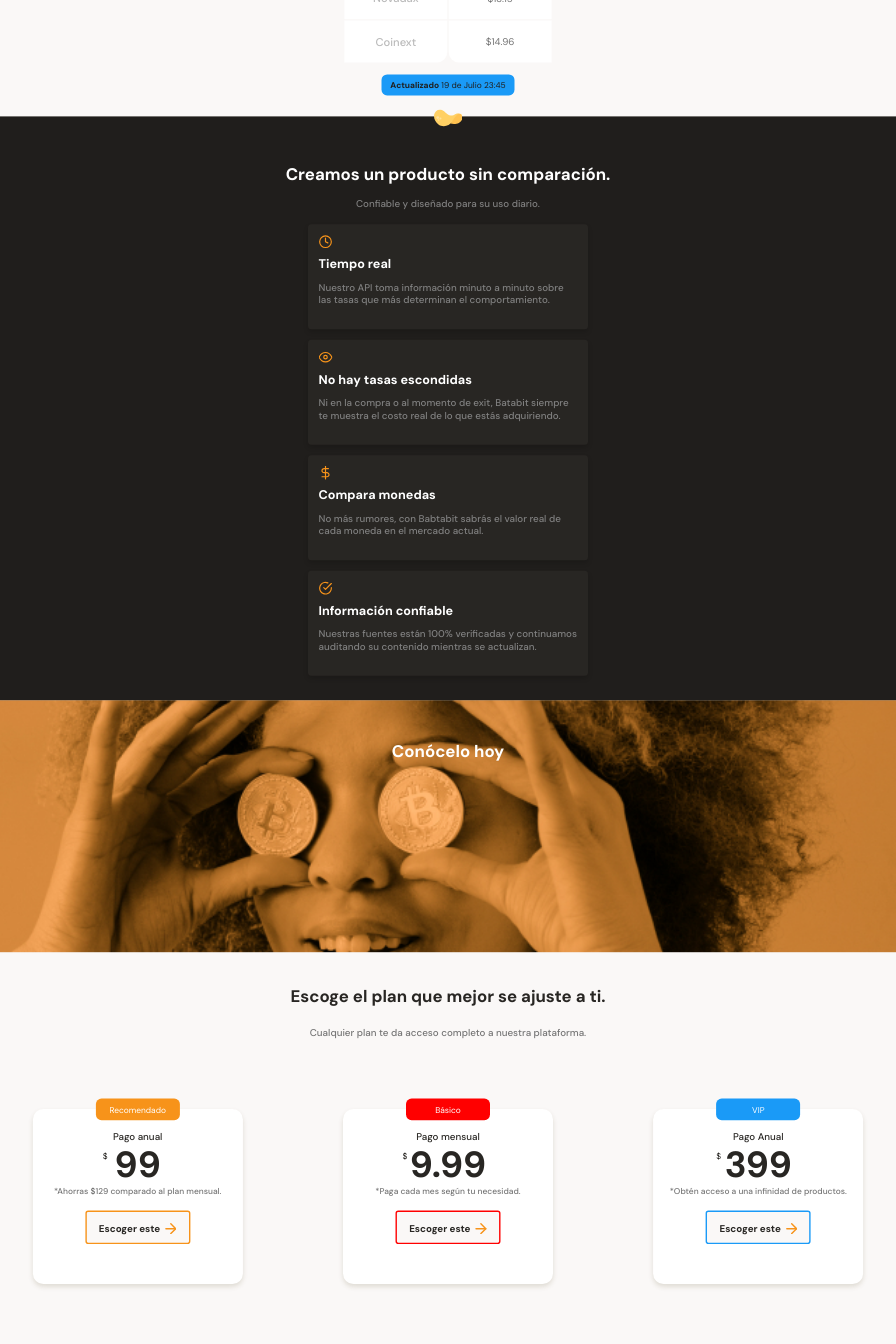
Repository: ChristianGecchelin/spa-full-css-html
Page: index.html
An editor plug-in stored every save of this project. The page is shown before and after the next save, followed by the edit.
The browser window is 1280 px wide. The pictures show the part of the page from y = 1326 to 3246 px (the page is 3246 px tall), at 70% of full size.

Above is the page before, as saved 2021-11-29 23:14:29.

### index.html
<!DOCTYPE html>
<html lang="en">
  <head>
    <meta charset="UTF-8" />
    <meta http-equiv="X-UA-Compatible" content="IE=edge" />
    <meta name="viewport" content="width=device-width, initial-scale=1.0" />
    <title></title>
    <link rel="preconnect" href="https://fonts.googleapis.com" />
    <link rel="preconnect" href="https://fonts.gstatic.com" crossorigin />
    <link
      href="https://fonts.googleapis.com/css2?family=DM+Sans:wght@400;500;700&family=Inter:wght@300;500&display=swap"
      rel="stylesheet"
    />
    <link rel="stylesheet" href="./styles/styles.css" />
  </head>
  <!-- shift+alt+A para comentar -->
  <body>
    <header>
      <!-- Las etiquetas principales no necesitan ponerle clase porque solo hay una en el archivo -->
      <img src="./assets/img/logo.svg" alt="logo" />
      <div class="header--title-container">
        <h1>La próxima revolución en el intercambio de criptomonedas.</h1>
        <p>
          Batatabit te ayuda a navegar entre los diferentes precios y
          tendencias.
        </p>
        <a class="header--button" href="#plans"
          >Conoce Nuestros Planes <span></span
        ></a>
      </div>
    </header>
    <main>
      <section class="main-exchange-container">
        <div class="backgroundImg"></div>
        <div class="main-exchange-container--title">
          <h2>Visibilizamos todas las tasas de cambio.</h2>
          <p>
            Traemos información en tiempo real de las casas de cambio y las
            monedas más importantes del mundo.
          </p>
        </div>
        <section class="main-tables-container">
          <!-- creo otra seccion porque tengo mucha información para mostrar -->
          <div class="main-currency-table">
            <p class="currency-table--title">Monedas</p>
            <div class="currency-table--container">
              <table>
                <tr>
                  <!-- table row --><!-- table data, info de la tabla -->
                  <td class="table__top-left">Bitcoin</td>
                  <td class="table__top-right table__right">
                    $1.96 <span class="down"></span>
                  </td>
                </tr>
                <tr>
                  <td>Ethereum</td>
                  <td class="table__top-right table__right">
                    $0.07 <span class="up"></span>
                  </td>
                </tr>
                <tr>
                  <td>Ripple</td>
                  <td class="table__right">$2.17 <span class="down"></span></td>
                </tr>
                <tr>
                  <td class="table__bottom-left">Stellar</td>
                  <td class="table__bottom-right table__right">
                    $4.96 <span class="down"></span>
                  </td>
                </tr>
              </table>
            </div>
            <div class="currency-table--date">
              <p><b>Actualizado</b> 19 de Julio 23:45</p>
            </div>
          </div>
          <div class="main-comissions-table">
            <p class="comissions-table--title">Comisiones</p>
            <div class="comissions-table--container">
              <table>
                <tr>
                  <!-- table row --><!-- table data, info de la tabla -->
                  <td class="table__top-left">Bitrade</td>
                  <td class="table__top-right table__right">$12.96</td>
                </tr>
                <tr>
                  <td>Bitpreco</td>
                  <td class="table__top-right table__right">$13.07</td>
                </tr>
                <tr>
                  <td>Novadax</td>
                  <td class="table__right">$13.15</td>
                </tr>
                <tr>
                  <td class="table__bottom-left">Coinext</td>
                  <td class="table__bottom-right table__right">$14.96</td>
                </tr>
              </table>
            </div>
            <div class="comissions-table--date">
              <p><b>Actualizado</b> 19 de Julio 23:45</p>
            </div>
          </div>
        </section>
      </section>
      <section class="main-product-detail">
        <span class="product-detail--batata-logo"></span>
        <div class="product-detail--title">
          <h2>Creamos un producto sin comparación.</h2>
          <p>Confiable y diseñado para su uso diario.</p>
        </div>
        <section class="product-cards--container">
          <article class="product-detail--card">
            <span class="clock"></span>
            <p class="product--card-title">Tiempo real</p>
            <p class="product--card-body">
              Nuestro API toma información minuto a minuto sobre las tasas que
              más determinan el comportamiento.
            </p>
          </article>
          <article class="product-detail--card">
            <span class="eye"></span>
            <p class="product--card-title">No hay tasas escondidas</p>
            <p class="product--card-body">
              Ni en la compra o al momento de exit, Batabit siempre te muestra
              el costo real de lo que estás adquiriendo.
            </p>
          </article>
          <article class="product-detail--card">
            <span class="dollar"></span>
            <p class="product--card-title">Compara monedas</p>
            <p class="product--card-body">
              No más rumores, con Babtabit sabrás el valor real de cada moneda
              en el mercado actual.
            </p>
          </article>
          <article class="product-detail--card">
            <span class="check"></span>
            <p class="product--card-title">Información confiable</p>
            <p class="product--card-body">
              Nuestras fuentes están 100% verificadas y continuamos auditando su
              contenido mientras se actualizan.
            </p>
          </article>
        </section>
      </section>
      <section class="bitcoin-img-container">
        <h2>Conócelo hoy</h2>
      </section>
      <section id="plans" class="main-plans-container">
        <div class="plans--title">
          <h2>Escoge el plan que mejor se ajuste a ti.</h2>
          <p>Cualquier plan te da acceso completo a nuestra plataforma.</p>
        </div>
        <section class="plans-container--slider">
          <article class="plans-container--card">
            <p class="recomendado">Recomendado</p>
            <div class="plan-info-container">
              <h3 class="plan-card--title">Pago anual</h3>
              <p class="plan-card--price"><span class="chico">$</span> 99</p>
              <p class="plan-card--saving">
                *Ahorras $129 comparado al plan mensual.
              </p>
              <button class="plan-card--ca">Escoger este <span></span></button>
            </div>
          </article>
          <article class="plans-container--card">
            <p class="basico">Básico</p>
            <div class="plan-info-container">
              <h3 class="plan-card--title">Pago mensual</h3>
              <p class="plan-card--price"><span class="ancho">$</span> 9.99</p>
              <p class="plan-card--saving">
                *Paga cada mes según tu necesidad.
              </p>
              <button class="plan-card--car">Escoger este <span></span></button>
            </div>
          </article>
          <article class="plans-container--card">
            <p class="vip">VIP</p>
            <div class="plan-info-container">
              <h3 class="plan-card--title">Pago Anual</h3>
              <p class="plan-card--price"><span class="normal">$</span> 399</p>
              <p class="plan-card--saving">
                *Obtén acceso a una infinidad de productos.
              </p>
              <button class="plan-card--cab">Escoger este <span></span></button>
            </div>
          </article>
        </section>
      </section>
    </main>
    <footer></footer>
  </body>
</html>

### styles/styles.css
/* shift+alt+A para comentar */
/*  1° estilos relacionados a posicionamiento
    2° Modelo de caja (box model width height lo que da dimensión)
    3° Tipografías
    4° Visuales (sombras)
    5° Otros */
:root {
  /* colores (creo variables para no andar buscando los codigos */
  --bitcoin-orange: #f7931a;
  --soft-orange: #ffe9d5;
  --secondary-blue: #1a9af7;
  --soft-blue: #e7f5ff;
  --warm-black: #201e1c;
  --black: #282623;
  --grey: #bababa;
  --off-white: #faf8f7;
  --just-white: #fff;
}
* {
  box-sizing: border-box;
  margin: 0;
  padding: 0;
}
html {
  font-size: 62.5%;
  font-family: "DM Sans", sans-serif;
}
header {
  position: relative;
  display: flex;
  flex-direction: column;
  justify-content: center;
  width: 100%;
  min-width: 320px; /* dimensión más chica en moviles */
  height: 334px;
  text-align: center;
  background: linear-gradient(
    207.8deg,
    #201e1c 16.69%,
    #f7931a 100%
  ); /* el fondo con gradiente */
}
header img {
  width: 150px;
  height: 24px;
  margin-top: 60px;
  align-self: center; /* alineo al hijo (el padre debe tener flex) este caso es alineado horizontal porque el flex-direction es column */
}
.header--title-container {
  width: 90%; /* ocupa el 90% entre 288 y 900px */
  min-width: 288px;
  max-width: 900px;
  height: 218px;
  margin-top: 40px;
  text-align: center;
  align-self: center; /* centro el contenedor */
}
.header--title-container h1 {
  font-size: 2.4rem;
  font-weight: 700;
  line-height: 2.6rem;
  color: var(
    --just-white
  ); /* llamo la variable que cree en root para los colores */
}
.header--title-container p {
  margin-top: 25px;
  font-size: 1.4rem;
  font-weight: 500;
  line-height: 1.8rem;
  color: var(--soft-orange);
}
.header--title-container .header--button {
  position: absolute;
  top: 270px;
  left: calc(
    50% - 118px
  ); /* es importante dejar espacios entre el signo menos y los valores */
  display: block;
  margin-top: 35px;
  padding: 15px;
  width: 229px;
  height: 48px;
  background-color: var(--off-white);
  font-size: 1.4rem;
  font-weight: 700;
  text-decoration: none;
  color: var(--black);
  /* sombras */
  box-shadow: 0px 4px 8px rgba(89, 73, 30, 0.16);
  border: none;
  border-radius: 5px;
}
.header--button span {
  display: inline-block;
  width: 13px;
  height: 8px;
  margin-left: 10px;
  background-image: url(../assets/icons/down-arrow.svg);
}
main {
  width: 100%;
  height: auto;
  background-color: var(--off-white);
  min-width: 320px;
}
.main-exchange-container {
  width: 100%;
  height: auto;
  padding-top: 80px;
  padding-bottom: 30px;
  text-align: center;
}
.main-exchange-container--title {
  width: 90%;
  min-width: 288px;
  max-width: 900px;
  margin: 0 auto;
}
.main-exchange-container .backgroundImg {
  /* le tengo que dar dimensiones porque en el html la imagen no existe */
  width: 200px;
  height: 200px;
  margin: 0 auto;
  margin-bottom: 50px;
  background-image: url(../assets/img/Bitcoin.svg);
  background-size: cover;
  background-position: center;
  background-repeat: no-repeat; /* con estas propiedades de background garantizo que la imagen siempre va a estar centrada y que ocupe el espacio correcto */
}
.main-exchange-container h2 {
  margin-bottom: 30px;
  font-size: 2.4rem;
  font-weight: 700;
  line-height: 2.6rem;
  color: var(--black);
}
.main-exchange-container p {
  margin-bottom: 30px;
  font-size: 1.4rem;
  font-weight: 500;
  line-height: 1.6rem;
  color: #757575;
}
.main-currency-table .main-comissions-table {
  width: 70%;
  min-width: 235px;
  max-width: 500px;
  height: 360px;
  margin: 0 auto;
  font-family: "inter", "sans-serif";
}
.main-currency-table .currency-table--title,
.main-comissions-table .comissions-table--title {
  margin-bottom: 15px;
  font-size: 1.8rem;
  font-weight: bold;
  line-height: 2.3rem;
  color: var(--bitcoin-orange);
}
.main-comissions-table .comissions-table--title {
  margin-top: 30px;
  color: var(--secondary-blue);
}
.main-currency-table .currency-table--container,
.main-comissions-table .comissions-table--container {
  width: 90%;
  min-width: 230px;
  max-width: 300px;
  height: 250px;
  margin: 0 auto;
}
.currency-table--container table,
.comissions-table--container table {
  width: 100%;
  height: 100%;
}
.currency-table--container td,
.comissions-table--container td {
  width: 50%;
  font-size: 1.6rem;
  font-weight: 500;
  line-height: 1.9rem;
  color: var(--grey);
  background-color: var(--just-white);
}
.currency-table--container .table__top-left,
.comissions-table--container .table__top-left {
  border-radius: 15px 0 0 0;
}
.currency-table--container .table__top-right,
.comissions-table--container .table__top-right {
  border-radius: 0 15px 0 0;
}
.currency-table--container .table__bottom-left,
.comissions-table--container .table__bottom-left {
  border-radius: 0 0 15px 0;
}
.currency-table--container .table__bottom-right,
.comissions-table--container .table__bottom-right {
  border-radius: 0 0 0 15px;
}
.currency-table--container .table__right,
.comissions-table--container .table__right {
  font-size: 1.4rem;
  font-weight: normal;
  line-height: 1.7rem;
  color: #757575;
}
.currency-table--container .down,
.main-comissions-table .down {
  display: inline-block;
  width: 15px;
  height: 15px;
  margin-left: 10px;
  background-image: url(../assets/icons/trending-down.svg);
  background-size: cover;
  background-position: center;
  background-repeat: no-repeat;
}
.currency-table--container .up,
.main-comissions-table .up {
  display: inline-block;
  width: 15px;
  height: 15px;
  margin-left: 10px;
  background-image: url(../assets/icons/trending-up.svg);
  background-size: cover;
  background-position: center;
  background-repeat: no-repeat;
}
.currency-table--date,
.comissions-table--date {
  width: 190px;
  height: 30px;
  margin: 0 auto;
  margin-top: 15px;
  padding: 8px;
  background-color: var(--soft-orange);
  border-radius: 8px;
}
.comissions-table--date {
  background-color: var(--secondary-blue);
}
.currency-table--date p,
.comissions-table--date p {
  font-size: 1.2rem;
  line-height: 1.5rem;
  color: var(--warm-black);
  font-weight: 300;
}
.main-product-detail {
  position: relative;
  width: 100%;
  min-width: 320px;
  height: auto;
  padding: 20px 10px;
  background-color: var(--warm-black);
}
.product-detail--batata-logo {
  position: absolute;
  width: 40px;
  height: 25px;
  top: -10px;
  left: calc(50% - 20px); /* 20px porque es la mitad del width */
  background-image: url(../assets/icons/batata.svg);
}
.product-detail--title {
  width: 90%;
  min-width: 288px;
  height: auto;
  margin: 0 auto;
  margin-top: 50px;
  text-align: center;
}
.product-detail--title h2 {
  margin-bottom: 20px;
  font-size: 2.4rem;
  font-weight: 700;
  line-height: 2.6rem;
  color: var(--just-white);
}
.product-detail--title {
  margin-bottom: 20px;
  font-size: 1.4rem;
  font-weight: 500;
  line-height: 1.8rem;
  color: #808080;
}
.product-detail--card {
  width: 90%;
  min-width: 288px;
  max-width: 400px;
  height: 150px;
  margin: 15px auto;
  padding: 15px;
  background-color: var(--black);
  border-radius: 5px;
  box-shadow: 0 4px 8px rgba(0, 0, 0, 0.16);
}
.product-detail--card .clock {
  display: inline-block;
  width: 20px;
  height: 20px;
  margin-bottom: 10px;
  background-image: url(../assets/icons/clock.svg);
  background-size: cover;
  background-position: center;
  background-repeat: no-repeat;
}
.product-detail--card .eye {
  display: inline-block;
  width: 20px;
  height: 20px;
  margin-bottom: 10px;
  background-image: url(../assets/icons/eye.svg);
  background-size: cover;
  background-position: center;
  background-repeat: no-repeat;
}
.product-detail--card .dollar {
  display: inline-block;
  width: 20px;
  height: 20px;
  margin-bottom: 10px;
  background-image: url(../assets/icons/dollar-sign.svg);
  background-size: cover;
  background-position: center;
  background-repeat: no-repeat;
}
.product-detail--card .check {
  display: inline-block;
  width: 20px;
  height: 20px;
  margin-bottom: 10px;
  background-image: url(../assets/icons/check-circle.svg);
  background-size: cover;
  background-position: center;
  background-repeat: no-repeat;
}
.product--card-title {
  margin-bottom: 15px;
  font-size: 1.8rem;
  font-weight: 700;
  line-height: 1.8rem;
  color: var(--just-white);
}
.product--card-body {
  font-size: 1.4rem;
  font-weight: 500;
  line-height: 1.8rem;
  color: #808080;
}
.bitcoin-img-container {
  width: 100%;
  min-width: 320px;
  height: 50vh;
  background-image: url("../assets/img/bitcoinbaby2x.jpg");
  background-position: center;
  background-size: cover;
  background-repeat: no-repeat;
  text-align: center;
}
.bitcoin-img-container h2 {
  padding-top: 60px;
  font-size: 2.4rem;
  font-weight: 700;
  line-height: 2.6rem;
  color: var(--just-white);
}
.main-plans-container {
  width: 100%;
  min-width: 320px;
  padding-bottom: 70px;
  text-align: center;
}
.main-plans-container .plans--title {
  width: 90%;
  min-width: 288px;
  height: auto;
  margin: 0 auto;
  margin-bottom: 50px;
}
.main-plans-container .plans--title h2 {
  margin-top: 50px;
  font-size: 2.4rem;
  font-weight: 700;
  line-height: 2.6rem;
  color: var(--black);
}
.main-plans-container .plans--title p {
  padding-top: 30px;
  font-size: 1.4rem;
  font-weight: 500;
  line-height: 1.8rem;
  color: #757575;
}
.plans-container--slider {
  display: flex;
  gap: 50px;
  height: 316px;
  overflow-x: scroll; /* agrego un scroll para que no me cree un overflow horizontal */
  overscroll-behavior-x: contain;
  scroll-snap-type: x proximity;
}
.plans-container--card {
  position: relative;
  scroll-snap-align: center; /* si quedo entre dos tarjetas me lleva al centro de la mas proxima */
  width: 70%;
  min-width: 230px;
  max-width: 300px;
  height: 250px;
  margin: 50px auto 0;
  padding: 0 15px;
  background-color: var(--just-white);
  border-radius: 15px;
  box-shadow: 0 4px 8px rgba(89, 73, 30, 0.16);
}
.recomendado {
  position: absolute;
  width: 120px;
  height: 31px;
  background-color: var(--bitcoin-orange);
  top: -15px;
  left: calc(50% - 60px);
  padding: 8px;
  font-size: 1.2rem;
  border-radius: 8px;
  color: var(--just-white);
}
.vip {
  position: absolute;
  width: 120px;
  height: 31px;
  background-color: var(--secondary-blue);
  top: -15px;
  left: calc(50% - 60px);
  padding: 8px;
  font-size: 1.2rem;
  border-radius: 8px;
  color: var(--just-white);
}
.basico {
  position: absolute;
  width: 120px;
  height: 31px;
  background-color: red;
  top: -15px;
  left: calc(50% - 60px);
  padding: 8px;
  font-size: 1.2rem;
  border-radius: 8px;
  color: var(--just-white);
}
.plan-card--title {
  padding-top: 30px;
  font-size: 1.4rem;
  font-weight: 500;
  line-height: 1.8rem;
  color: var(--black);
}
.plan-card--price {
  position: relative;
  padding: 5px 0;
  font-size: 5.2rem;
  font-weight: 700;
  line-height: 5.3rem;
  color: var(--black);
}
.plan-card--price .chico {
  position: absolute;
  top: -6px;
  left: calc(50% - 50px);
  font-size: 1.2rem;
  font-weight: 300;
}
.plan-card--price .normal {
  position: absolute;
  top: -6px;
  left: calc(50% - 60px);
  font-size: 1.2rem;
  font-weight: 300;
}
.plan-card--price .ancho {
  position: absolute;
  top: -6px;
  left: calc(50% - 65px);
  font-size: 1.2rem;
  font-weight: 300;
}
.plan-card--saving {
  font-size: 1.2rem;
  font-weight: 500;
  line-height: 1.4rem;
  color: #757575;
}
.plan-card--ca {
  width: 150px;
  height: 48px;
  margin-top: 20px;
  background-color: #faf8f7;
  border: 2px solid var(--bitcoin-orange);
  border-radius: 4px;
  font-family: "DM Sans", "sans-serif";
  font-size: 1.4rem;
  font-weight: 700;
  line-height: 1.8rem;
  color: var(--black);
}
.plan-card--cab {
  width: 150px;
  height: 48px;
  margin-top: 20px;
  background-color: #faf8f7;
  border: 2px solid var(--secondary-blue);
  border-radius: 4px;
  font-family: "DM Sans", "sans-serif";
  font-size: 1.4rem;
  font-weight: 700;
  line-height: 1.8rem;
  color: var(--black);
}
.plan-card--ca span {
  display: inline-block;
  width: 20px;
  height: 20px;
  background-image: url("../assets/icons/orange-right-arrow.svg");
  vertical-align: text-bottom; /* alinea el texto */
}
.plan-card--cab span {
  display: inline-block;
  width: 20px;
  height: 20px;
  background-image: url("../assets/icons/orange-right-arrow.svg");
  vertical-align: text-bottom; /* alinea el texto */
}
.plan-card--car {
  width: 150px;
  height: 48px;
  margin-top: 20px;
  background-color: #faf8f7;
  border: 2px solid red;
  border-radius: 4px;
  font-family: "DM Sans", "sans-serif";
  font-size: 1.4rem;
  font-weight: 700;
  line-height: 1.8rem;
  color: var(--black);
}

.plan-card--car span {
  display: inline-block;
  width: 20px;
  height: 20px;
  background-image: url("../assets/icons/orange-right-arrow.svg");
  vertical-align: text-bottom; /* alinea el texto */
}

After the next save:
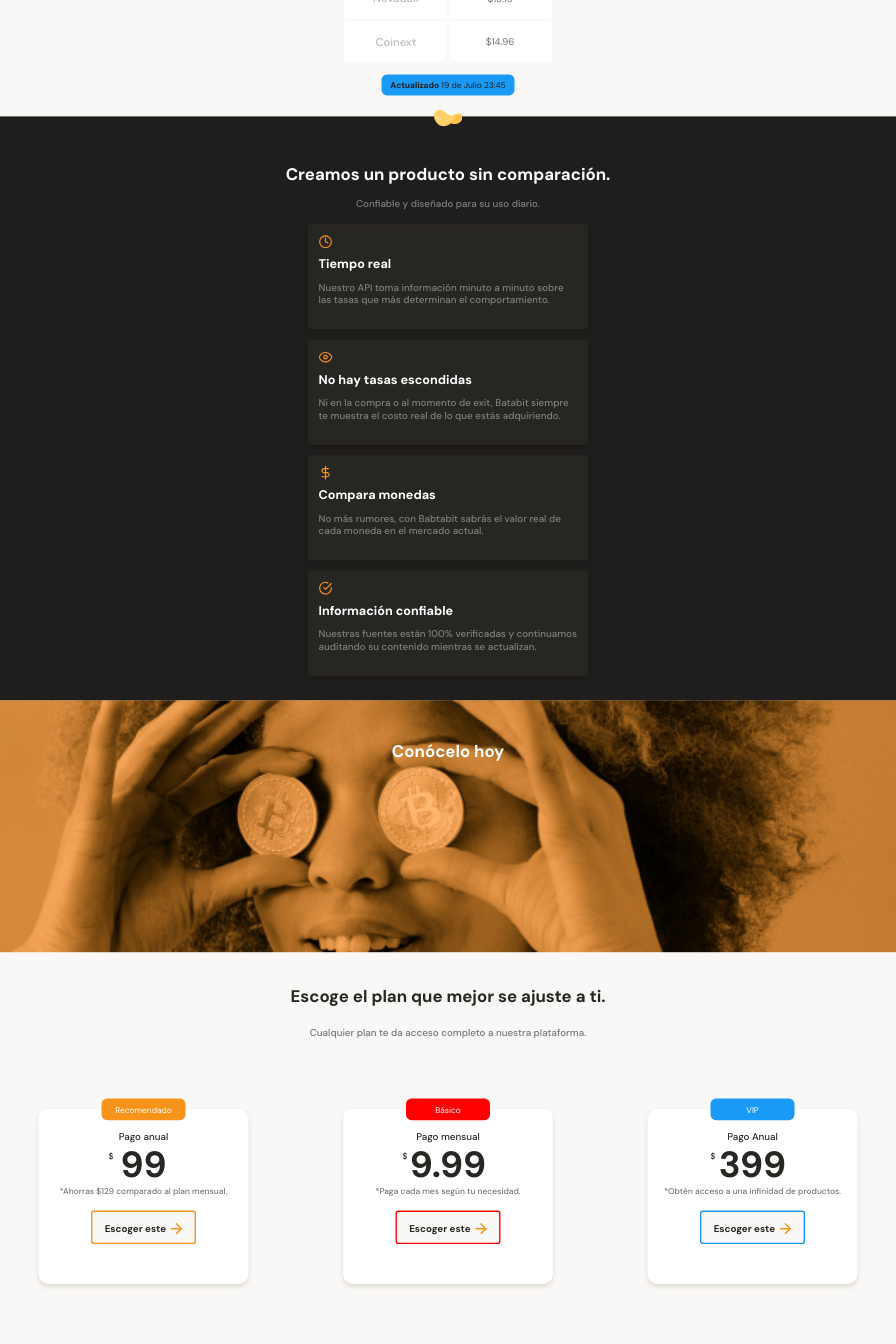
Saved 34 s later.
--- a/styles/styles.css
+++ b/styles/styles.css
@@ -397,7 +397,7 @@
 }
 .plans-container--slider {
   display: flex;
-  gap: 50px;
+  gap: 25px;
   height: 316px;
   overflow-x: scroll; /* agrego un scroll para que no me cree un overflow horizontal */
   overscroll-behavior-x: contain;
